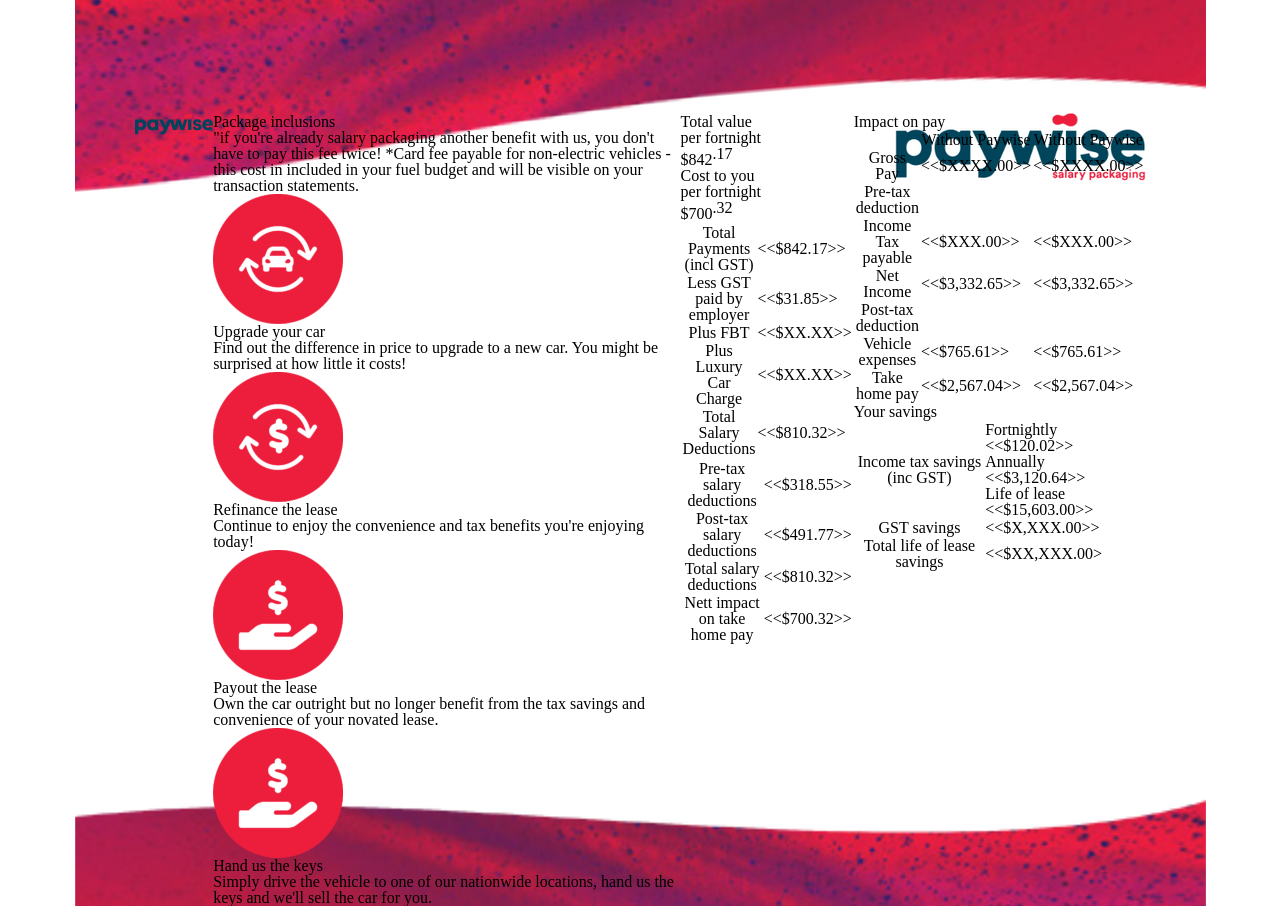
Repository: hoangtubest/novated-phong
Page: 2.html
An editor plug-in stored every save of this project. The page is shown before and after the next save, followed by the edit.
The browser window is 1280 px wide. The pictures show the whole page.
The style sheet was rebuilt from its Sass, Less or Tailwind sources for each picture, by a compiler version that may differ from the author's.

Above is the page before, as saved 2023-10-18 15:18:33.

After the next save:
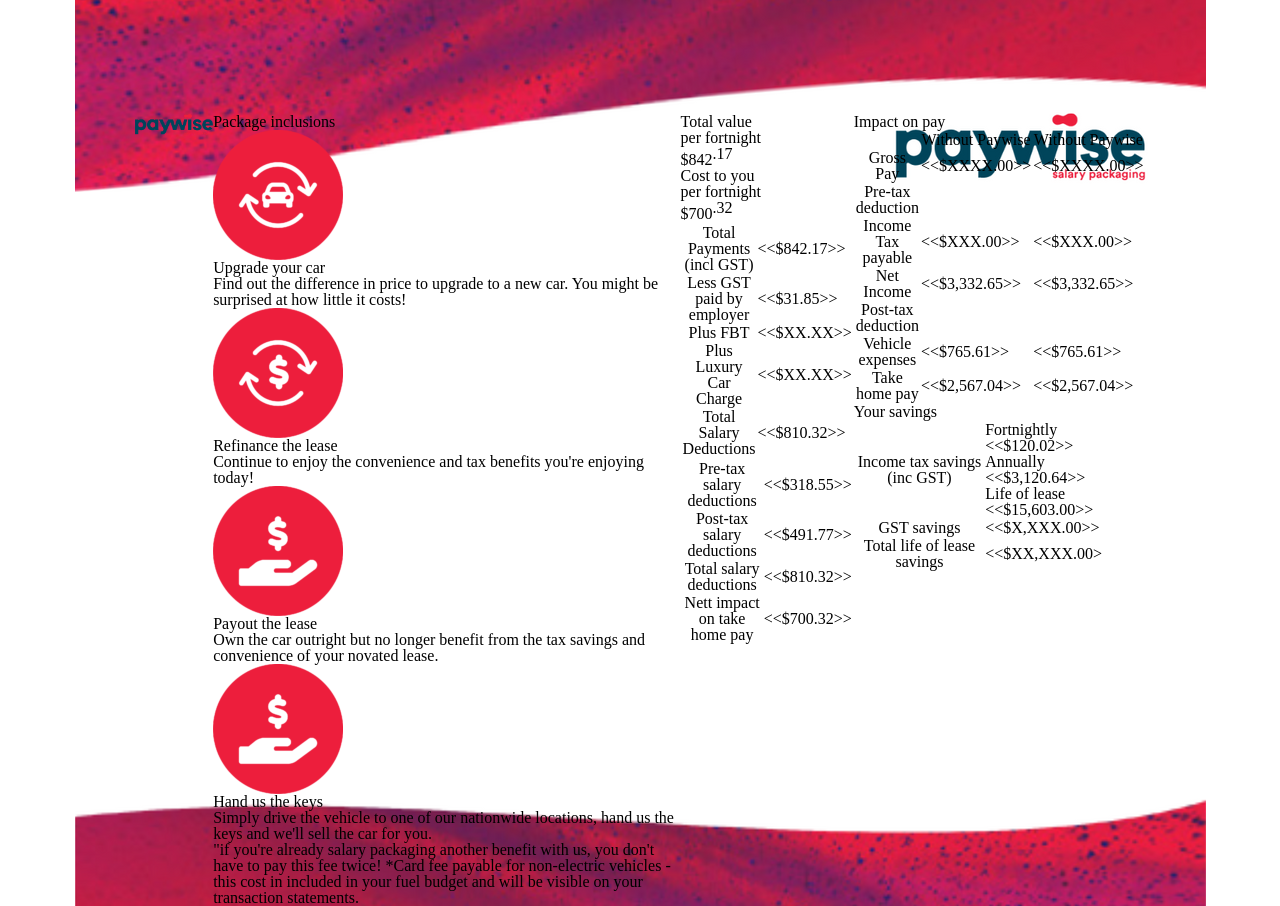
Saved 4 s later.
--- a/2.html
+++ b/2.html
@@ -18,7 +18,6 @@
         <div class="pw-2-package">
           <div class="container">
             <h2 class="pw-2-package__title">Package inclusions</h2>
-            <p class="pw-2-package__copy">"if you're already salary packaging another benefit with us, you don't have to pay this fee twice! *Card fee payable for non-electric vehicles - this cost in included in your fuel budget and will be visible on your transaction statements.</p>
             <div class="pw-2-package__row">
               <div class="pw-2-package__col">
                 <figure><img src="./images/ico_13.png" alt=""></figure>
@@ -41,6 +40,7 @@
                 <p>Simply drive the vehicle to one of our nationwide locations, hand us the keys and we'll sell the car for you.</p>
               </div>
             </div>
+            <p class="pw-2-package__copy">"if you're already salary packaging another benefit with us, you don't have to pay this fee twice! *Card fee payable for non-electric vehicles - this cost in included in your fuel budget and will be visible on your transaction statements.</p>
           </div>
         </div>
         <div class="pw-2-price">
